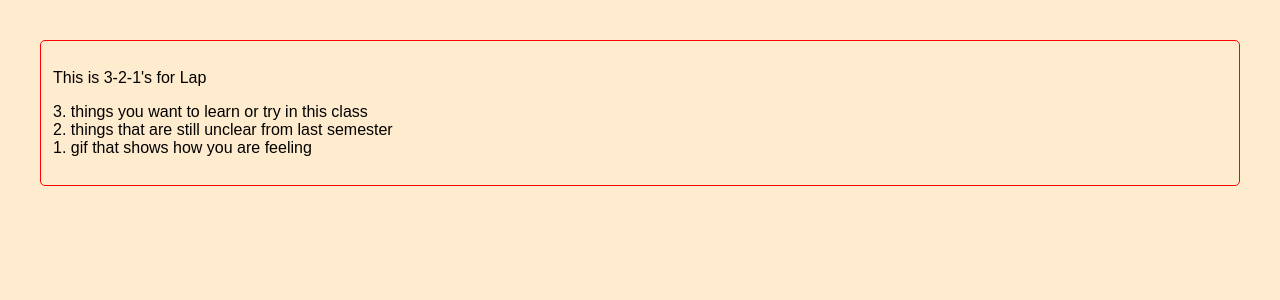
Repository: HyunJunggggg/MDIA2109
Page: index.html
The author's editor kept a copy of each file at every save. The page is drawn from the files as they stood at one save, then again after the next save.
The browser window is 1280 px wide. The pictures show the whole page.

Above is the page before, as saved 2025-01-23 15:12:49.

### index.html
<!DOCTYPE html>
<html lang="en">
    <head>
        <!-- Meta -->
        <meta charset="UTF-8" />
        <meta name="viewport" content="width=device-width, initial-scale=1.0" />
        <link rel="stylesheet" href="style.css" />
        <title>HyunJung's Blog 😉</title>
    </head>

    <!-- body -->
    <body>
        <div class="container" id="rats-ass">
            <p>This is 3-2-1's for Lap</p>
            <ul>
                <li>3. things you want to learn or try in this class</li>
                <li>2. things that are still unclear from last semester</li>
                <li>1. gif that shows how you are feeling</li>
            </ul>
        </div>
    </body>
</html>

### style.css
/* Reset */
body {
    background-color: blanchedalmond;
}

ul,
ol,
dl {
    list-style-type: none;
    padding: 0;
}

/* Basic */
html {
    font-family: Arial, Helvetica, sans-serif;
}

body {
    padding: 2em;
}
a {
    text-decoration: none;
}

/* Component style */
body .container {
    margin-bottom: 1em;
    border: 1px solid #cccccc;
    border-radius: 5px;
    padding: 0.75em;
}

#rats-ass{
  border-color: red;
}
/* Utility style */

After the next save:
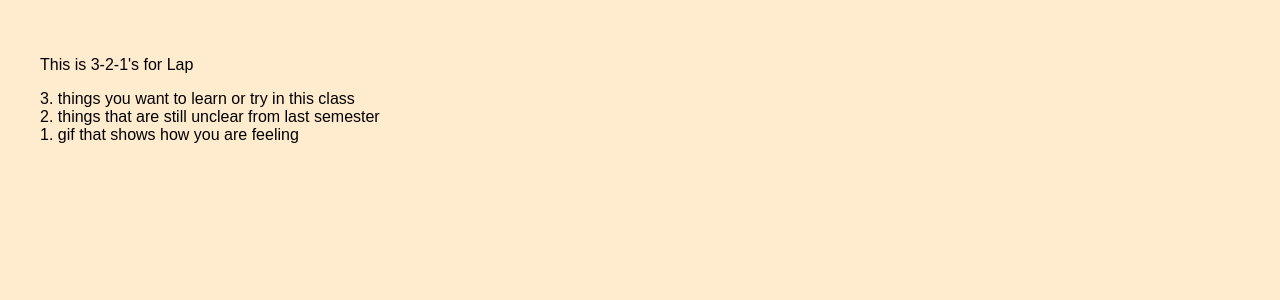
Saved 4 s later.
--- a/style.css
+++ b/style.css
@@ -23,7 +23,7 @@ a {
 }
 
 /* Component style */
-body .container {
+body .container. {
     margin-bottom: 1em;
     border: 1px solid #cccccc;
     border-radius: 5px;
